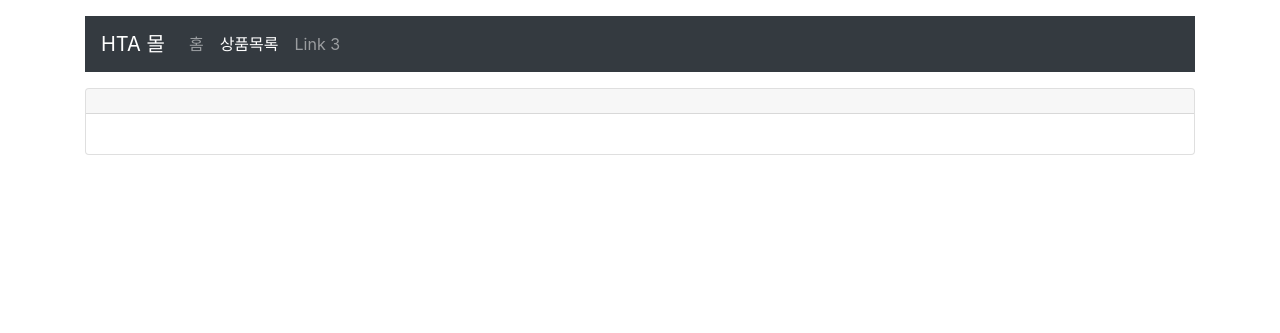
Repository: onuo77/HTA
Page: http://localhost/sample-mybatis/product/list.jsp
An editor plug-in stored every save of this project. The page is shown before and after the next save, followed by the edit.
The browser window is 1280 px wide. The pictures show the whole page.
The page is served by Tomcat 9.

Above is the page before, as saved 2021-05-25 08:22:15.

After the next save:
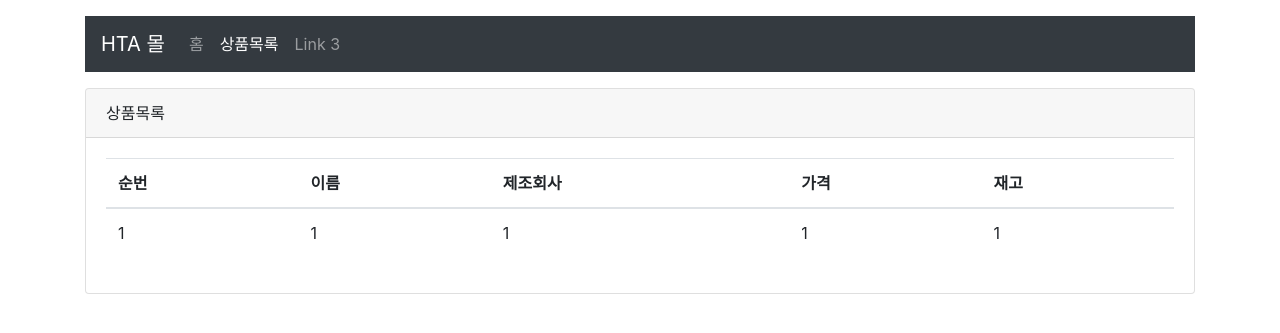
Saved 5 min 16 s later.
--- a/java-web/sample-mybatis/src/main/webapp/product/list.jsp
+++ b/java-web/sample-mybatis/src/main/webapp/product/list.jsp
@@ -21,8 +21,29 @@
 	<div class="row">
 		<div class="col-12">
 			<div class="card">
-				<div class="card-header"></div>
-				<div class="card-body"></div>
+				<div class="card-header">상품목록</div>
+				<div class="card-body">
+					<table class="table">
+						<thead>
+							<tr>
+								<th>순번</th>
+								<th>이름</th>
+								<th>제조회사</th>
+								<th>가격</th>
+								<th>재고</th>
+							</tr>
+						</thead>
+						<tbody>
+							<tr>
+								<td>1</td>
+								<td>1</td>
+								<td>1</td>
+								<td>1</td>
+								<td>1</td>
+							</tr>
+						</tbody>
+					</table>
+				</div>
 			</div>
 		</div>
 	</div>
